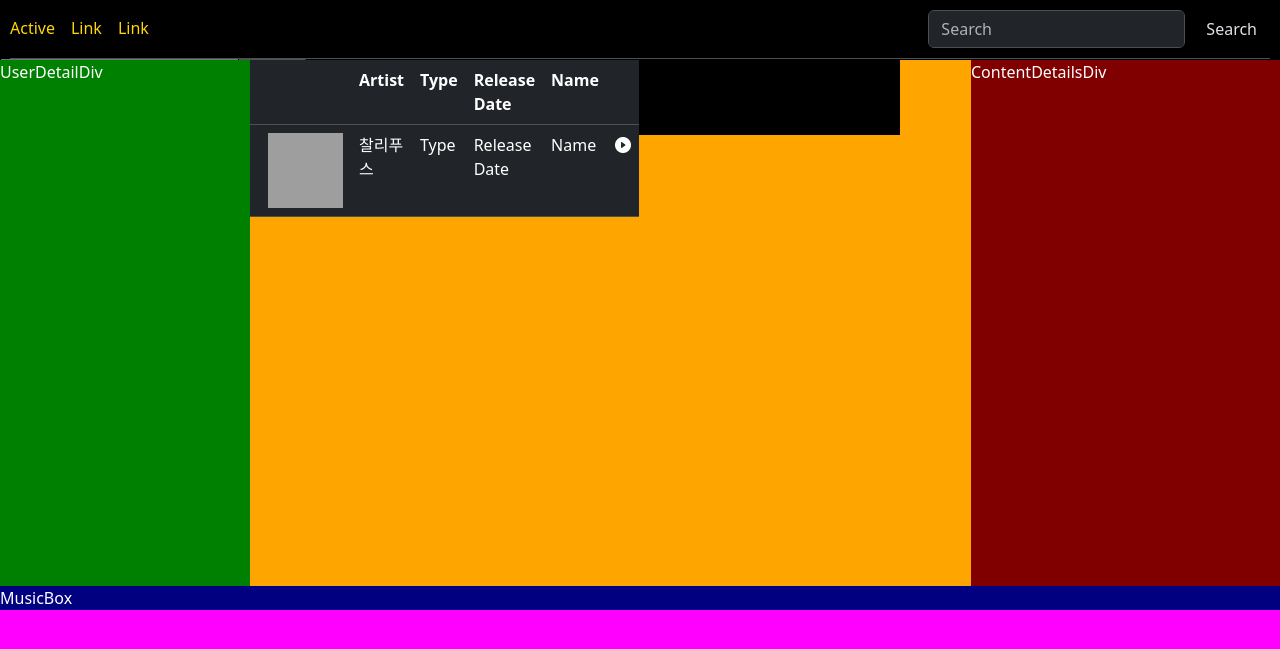
Repository: budflower44/My_Music_Life
Page: http://localhost/my_music_life/WEB-INF/views/mml/main.jsp
An editor plug-in stored every save of this project. The page is shown before and after the next save, followed by the edit.
The browser window is 1280 px wide. The pictures show the whole page.
Pictures or frames that could not be fetched are drawn as grey boxes. The page is served by Tomcat 9. Nobody is signed in. Other server files are loaded and not shown. The template is opened directly, without the code that normally fills it, so the values that code supplies are empty.

Above is the page before, as saved 2024-02-16 04:29:41.
Console error: TypeError: Cannot read properties of null (reading 'addEventListener')

### my_music_life/src/main/webapp/WEB-INF/views/mml/main.jsp
<%@ page language="java" contentType="text/html; charset=UTF-8"
    pageEncoding="UTF-8"%>
<!DOCTYPE html>
<html>
<head>
<meta charset="UTF-8">
<title>Insert title here</title>
</head>
<link rel="stylesheet" href="https://cdn.jsdelivr.net/npm/bootstrap-icons@1.10.5/font/bootstrap-icons.css">
<link href="https://cdn.jsdelivr.net/npm/bootstrap@5.3.1/dist/css/bootstrap.min.css" rel="stylesheet" integrity="sha384-4bw+/aepP/YC94hEpVNVgiZdgIC5+VKNBQNGCHeKRQN+PtmoHDEXuppvnDJzQIu9" crossorigin="anonymous">
<script src="https://cdn.jsdelivr.net/npm/@popperjs/core@2.11.8/dist/umd/popper.min.js" integrity="sha384-I7E8VVD/ismYTF4hNIPjVp/Zjvgyol6VFvRkX/vR+Vc4jQkC+hVqc2pM8ODewa9r" crossorigin="anonymous"></script>
<script src="https://cdn.jsdelivr.net/npm/bootstrap@5.3.1/dist/js/bootstrap.min.js" integrity="sha384-Rx+T1VzGupg4BHQYs2gCW9It+akI2MM/mndMCy36UVfodzcJcF0GGLxZIzObiEfa" crossorigin="anonymous"></script>
<style>
body{
	background-color : black;
	color: white;
	padding: 0;
	margin: 0;
}
.parentsDiv{
	height: 100vh;
	width: 100vw;
	display: flex;
	flex-direction: column;
}
.HeaderDiv{
	height: 60px;
}
.MidDiv{
	height: calc(100vh - 214px);
	min-height: calc(100vh - 194px);
	display:flex;
}
.FooterDiv{
	background-color: fuchsia;
	height: 154px;
	padding: 0;
	margin: 0;
	position:sticky;
	top: calc(100vh - 214px);
}
.SearchLineDiv{

}
.UserDetailDiv{
	background-color: green;
	width: 250px;
	min-width: 250px;
}
.ContentsDiv{
	background-color: orange;
	width: 100%;
	height:calc(100vw-550px);
	display: flex;
	justify-content: space-between;
	overflow: scroll;
}
.ContentDiv{
	background-color: lime;
	width: 70%;
	height: calc(100vw-550px);
	overflow: scroll;
	align-items: flex-start;
}
.ContentDetailsDiv{
	background-color: maroon;
	width: 30%;
	min-width: 300px;
	height: 100%
}
.MusicBox{
	background-color: navy;
	padding: 0;
	margin: 0;

}
.searchDiv{
	background-color: black;
	width: 650px;
	height: 75px;
}
.searchDiv img{
	margin-left: 10px;
}
.searchDiv span{
	text-align: center;
}
.playIcon {
	display: inline;
}

.navDiv{
	position:sticky;
	padding-left: 10px;
	padding-right: 10px;
}
.nav-link{
	color: gold;
}
.nav-link:hover {
	color: white;
}
.navbar{
	background-color: black;
}
.table{
	width: 300px;
}
</style>
<body>
<div class="parentsDiv">
	<div class="HeaderDiv">
		<div class="SearchLineDiv">
				<div class="navDiv">
					<nav class="navbar border-bottom border-body" data-bs-theme="dark">
						<ul class="nav nav-underline justify-content-end">
							<li class="nav-item"><a class="nav-link" aria-current="page" href="#">Active</a></li>
							<li class="nav-item"><a class="nav-link" href="#">Link</a></li>
							<li class="nav-item"><a class="nav-link" href="#">Link</a></li>
						</ul>
						<form class="d-flex" role="search">
        					<input class="form-control me-2 " id="searchKeyword" type="search" placeholder="Search" aria-label="Search">
        					<button class="btn" type="button" id="searchBtn">Search</button>
      					</form>
					</nav>
				</div>
				<input type="text" id="searchKeyword"><button type="button" id="searchBtn">Search</button>
		</div>
	</div>
	<div class="MidDiv">
		<div class="UserDetailDiv">UserDetailDiv</div>
		<div class="ContentsDiv">
			<div class="contentDiv">
				<div class="searchDiv" id="MusicBox">
				<table id="SearchBox" class="table table-dark table-hover">
					<tr>
						<th></th>
						<th>Artist</th>
						<th>Type</th>
						<th>Release Date</th>
						<th>Name</th>
						<th></th>
					</tr>
					<tr>
						<td>
						<img alt="" src="https://i.scdn.co/image/ab67616d0000b273a3b39c1651a617bb09800fd8" style="height:75px; width:75px; display:inline;">
						</td>
						<td>찰리푸스</td>
						<td>Type</td>
						<td>Release Date</td>
						<td>Name</td>
						<td><i class="bi bi-play-circle-fill"></i></td>
					</tr>
				</table>
				</div>
			</div>
			<div class="ContentDetailsDiv">ContentDetailsDiv</div>
		</div>
	</div>
	<div class="FooterDiv">
		<div class="MusicBox" >MusicBox</div>
	</div>
	<div></div>
</div>

<script src="/resources/js/spotifyAPI.js"></script>

</body>
</html>

Loaded but not shown: my_music_life/src/main/webapp/resources/js/spotifyAPI.js (910 lines, source omitted)

After the next save:
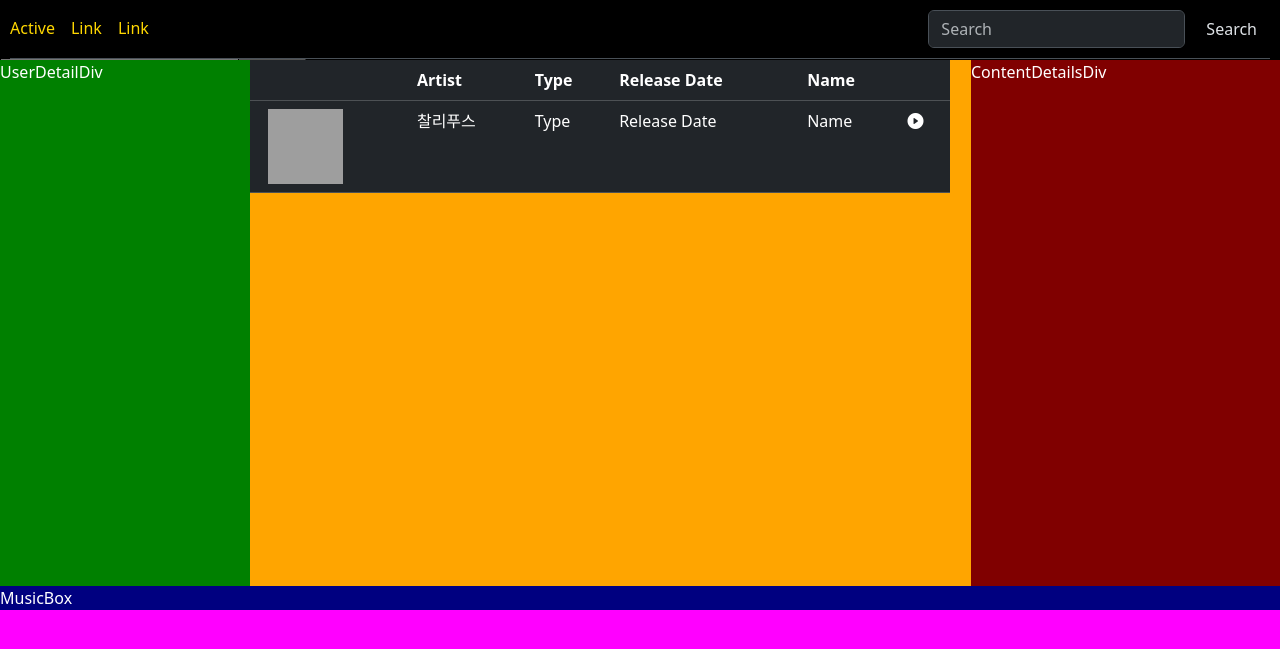
Saved 11 s later.
--- a/my_music_life/src/main/webapp/WEB-INF/views/mml/main.jsp
+++ b/my_music_life/src/main/webapp/WEB-INF/views/mml/main.jsp
@@ -104,7 +104,7 @@ body{
 	background-color: black;
 }
 .table{
-	width: 300px;
+	width: 700px;
 }
 </style>
 <body>
